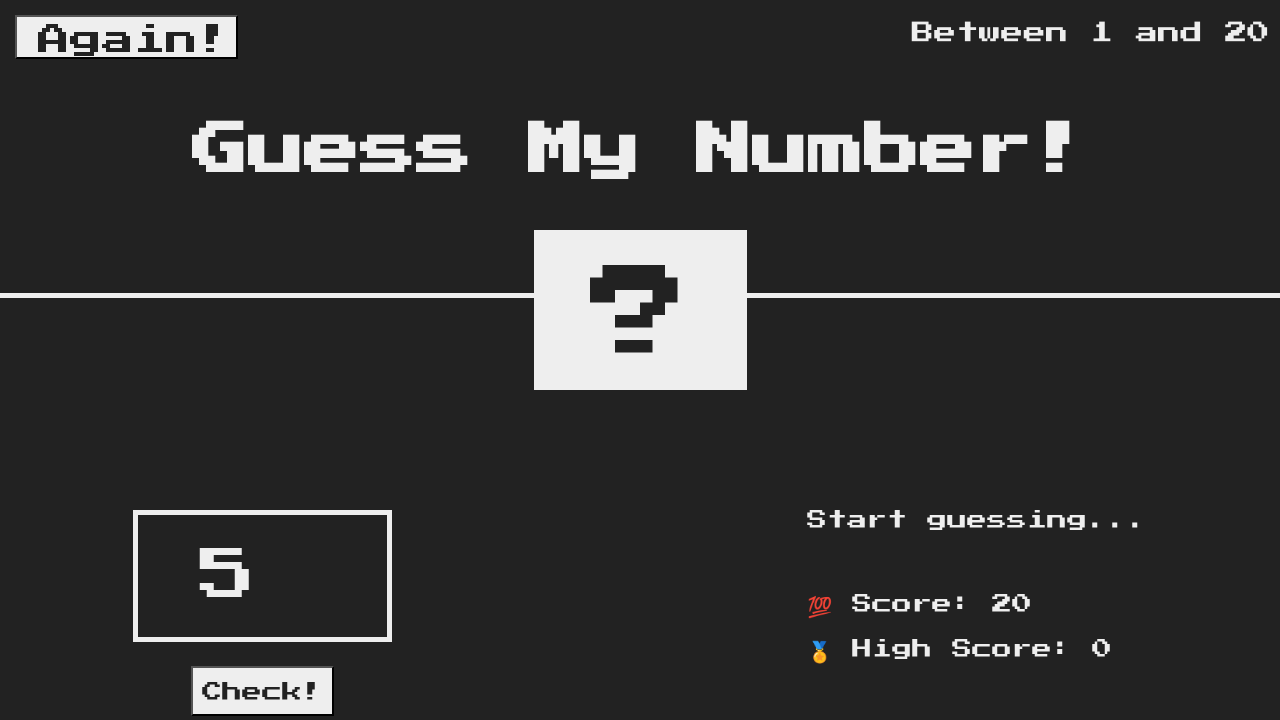
Repository: Aaryan-Poria/guess-the-number
Page: index.html
These files come from the project's save history. The page is drawn as it stood at one moment and after the next save; the edit follows.
The browser window is 1280 px wide. The pictures show the whole page.
Empty fields were first filled with sample values (such as "Sample", 5 or name@example.com).
After loading, the first visible `button.btn` was clicked once.

Above is the page before, as saved 2023-08-19 18:47:45.

After the next save:
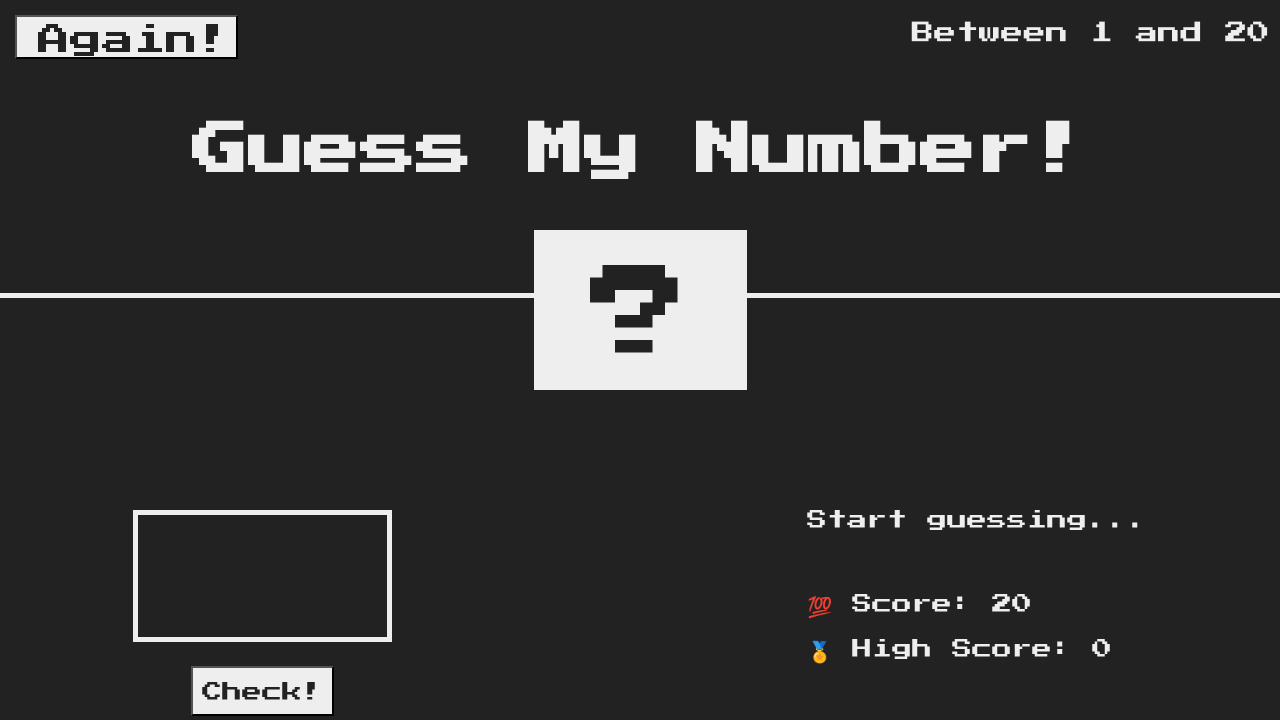
Saved 2 min 9 s later.
--- a/script.js
+++ b/script.js
@@ -52,6 +52,8 @@ document.querySelector(".again").addEventListener("click", function () {
   document.querySelector(".number").textContent = "?";
   document.querySelector(".startGuessing").textContent = "Start guessing...";
   document.querySelector(".score").textContent = `💯 Score: ${score}`;
+  document.querySelector("#userInput").value = " ";
+
   document.querySelector("#qmark").style.width = "213px";
   document.querySelector("body").style.backgroundColor = "rgb(34, 34, 34)";
   document.querySelector("#userInput").style.backgroundColor =
